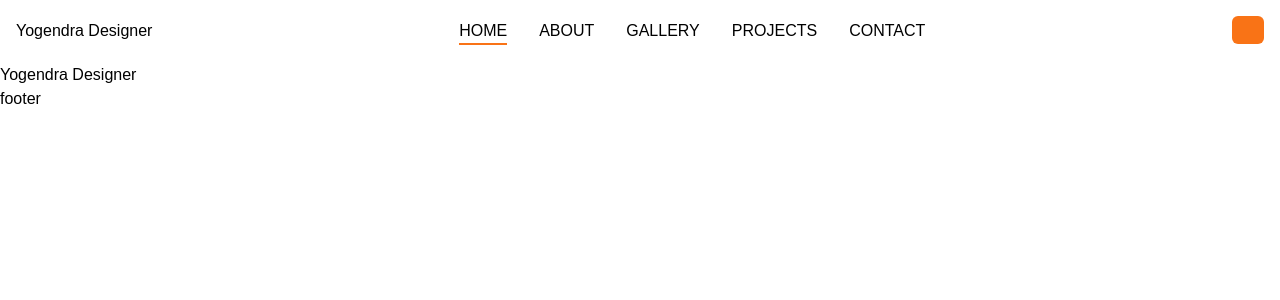
Repository: hitoutvrma/MB_designs-Interior-Designing-website
Page: /
These files come from the project's save history. The page is drawn as it stood at one moment and after the next save; the edit follows.
The browser window is 1280 px wide. The pictures show the whole page.
The project was rebuilt for these pictures with package versions that can differ from the ones it lists, and the page was loaded fresh each time. The framework's server and built-in components were replaced by stand-ins that run in the browser. Also part of the build but not shown: next.config.mjs.

Above is the page before, as saved 2024-09-13 12:36:09.

### app/layout.js
import localFont from "next/font/local";
import "./globals.css";
import Header from "@/components/ui/Header";
import Footer from "@/components/ui/Footer";
import { ThemeProvider } from "@/components/ThemeProvider";

const geistSans = localFont({
  src: "./fonts/GeistVF.woff",
  variable: "--font-geist-sans",
  weight: "100 900",
});
const geistMono = localFont({
  src: "./fonts/GeistMonoVF.woff",
  variable: "--font-geist-mono",
  weight: "100 900",
});

export const metadata = {
  title: "Create Next App",
  description: "Generated by create next app",
};

export default function RootLayout({ children }) {
  return (
    <html lang="en" suppressHydrationWarning>
      <body
        className={`${geistSans.variable} ${geistMono.variable} antialiased`}
      >
        <ThemeProvider attribute='class' defaultTheme='light'>

        <Header/>
        {children}
        <Footer/>
        </ThemeProvider>
      </body>
    </html>
  );
}

### app/page.js
import Image from "next/image";

export default function Home() {
  return (
    <main>
      Yogendra Designer
      </main>
  );
}

### app/globals.css
@tailwind base;
@tailwind components;
@tailwind utilities;


body {
  color: var(--foreground);
  background: var(--background);
  font-family: Arial, Helvetica, sans-serif;
}

@layer utilities {
  .text-balance {
    text-wrap: balance;
  }
}


@layer base {
  :root {
    --background: 0 0% 100%;
    --foreground: 20 14.3% 4.1%;
    --card: 0 0% 100%;
    --card-foreground: 20 14.3% 4.1%;
    --popover: 0 0% 100%;
    --popover-foreground: 20 14.3% 4.1%;
    --primary: 24.6 95% 53.1%;
    --primary-foreground: 60 9.1% 97.8%;
    --secondary: 60 4.8% 95.9%;
    --secondary-foreground: 24 9.8% 10%;
    --muted: 60 4.8% 95.9%;
    --muted-foreground: 25 5.3% 44.7%;
    --accent: 60 4.8% 95.9%;
    --accent-foreground: 24 9.8% 10%;
    --destructive: 0 84.2% 60.2%;
    --destructive-foreground: 60 9.1% 97.8%;
    --border: 20 5.9% 90%;
    --input: 20 5.9% 90%;
    --ring: 24.6 95% 53.1%;
    --radius: 0.5rem;
    --chart-1: 12 76% 61%;
    --chart-2: 173 58% 39%;
    --chart-3: 197 37% 24%;
    --chart-4: 43 74% 66%;
    --chart-5: 27 87% 67%;
  }

  .dark {
    --background: 20 14.3% 4.1%;
    --foreground: 60 9.1% 97.8%;
    --card: 20 14.3% 4.1%;
    --card-foreground: 60 9.1% 97.8%;
    --popover: 20 14.3% 4.1%;
    --popover-foreground: 60 9.1% 97.8%;
    --primary: 20.5 90.2% 48.2%;
    --primary-foreground: 60 9.1% 97.8%;
    --secondary: 12 6.5% 15.1%;
    --secondary-foreground: 60 9.1% 97.8%;
    --muted: 12 6.5% 15.1%;
    --muted-foreground: 24 5.4% 63.9%;
    --accent: 12 6.5% 15.1%;
    --accent-foreground: 60 9.1% 97.8%;
    --destructive: 0 72.2% 50.6%;
    --destructive-foreground: 60 9.1% 97.8%;
    --border: 12 6.5% 15.1%;
    --input: 12 6.5% 15.1%;
    --ring: 20.5 90.2% 48.2%;
    --chart-1: 220 70% 50%;
    --chart-2: 160 60% 45%;
    --chart-3: 30 80% 55%;
    --chart-4: 280 65% 60%;
    --chart-5: 340 75% 55%;
  }
}



@layer base {
  * {
    @apply border-border;
  }
  body {
    @apply bg-background text-foreground;
  }
}

### components/ui/Header.jsx
'use client';
import React from 'react'
 import ThemeToggler from '../ThemeToggler'
import MobileNavigation from './MobileNavigation';
import Nav from './Nav';
const Header = () => {
  return (
    <div className='flex justify-between p-4 items-center '>
      <div>Yogendra Designer</div>
      <Nav containerStyles='hidden xl:flex gap-8 items-center' linkStyles='relative hover:text-primary transition-all' underlineStyles ='absolute left-0 top-full h-[2px] bg-primary w-full'
      />
      <div className='flex gap-2 items-center'>

      <ThemeToggler/>
      <div className='xl:hidden'>

      <MobileNavigation/>
      </div>
      </div>
    </div>
  )
}

export default Header

### components/ThemeProvider.jsx
'use client';

import { ThemeProvider as NextThemesProvider } from "next-themes";

export function ThemeProvider({ children, ...props }) {
    return <NextThemesProvider {...props}>
        { children }
    </NextThemesProvider>
}

### components/ThemeToggler.jsx
import { Button } from "./ui/button";
import { useTheme } from "next-themes";
import { SunIcon, MoonIcon } from "@radix-ui/react-icons";

const ThemeToggler = () => {
    const { theme, setTheme } = useTheme();

  return (
    <div>
      <Button className='h-7 w-6' onClick={()=>setTheme(theme==='dark'?'light':'dark')}>
        <SunIcon className="h-[1.2rem] w-[1.2rem] scale-100 rotate-0 transition-all dark:rotate-90 dark:scale-0"/>
        <MoonIcon className="w-[1rem] absolute scale-0 rotate-90 transition-all dark:rotate-0 dark:scale-100"/>
      </Button>
    </div>
  )
}

export default ThemeToggler

### components/ui/MobileNavigation.jsx
import React from 'react'

import {Sheet, SheetContent, SheetTrigger} from '@/components/ui/sheet';
import Nav from './Nav';
import { AlignJustify } from 'lucide-react';

const MobileNavigation = () => {
  return (
    <Sheet>
        <SheetTrigger asChild>
            <AlignJustify className='cursor-pointer'/>
        </SheetTrigger>
        <SheetContent>
            <div className='p-3 flex flex-col items-center'>
                <div>
                    <div>Yogendra designer</div>
                    <Nav containerStyles='flex flex-col items-center gap-y-2' linkStyles='text-1xl '/>
                </div>
            </div>
        </SheetContent>
    </Sheet>
  )
}

export default MobileNavigation

### components/ui/Nav.jsx
//Hooks

import { usePathname } from "next/navigation";
import { motion } from "framer-motion";
import Link from "next/link";

const links = [
    {
        path:'/',name:'home'
    },
    {
        path:'/about',name:'about'
    },
    {
        path:'/gallery',name:'gallery'
    },
    {
        path:'/projects',name:'projects'
    },
    {
        path:'/contact',name:'contact'
    },
]
const Nav = ({ containerStyles, linkStyles, underlineStyles } ) => {

    const path = usePathname();
  return (
    <div className={`${containerStyles}`} >
        {
            links.map((link,index) =>{
                return(
                    <Link href={link.path}
                    key={index} className={`uppercase ${linkStyles}`}>
                        {link.path===path && (
                            <motion.span
                            initial={{y:'-100%'}}
                            animate={{y:0}}
                            transition={{ type:'tween'}}
                            layoutId="underline"
                            className={`${underlineStyles}`}
                            />
                        )}
                        {link.name}

                    </Link>
                )
            })
        }
      </div>
  )
}

export default Nav

### components/ui/button.jsx
import * as React from "react"
import { Slot } from "@radix-ui/react-slot"
import { cva } from "class-variance-authority";

import { cn } from "@/lib/utils"

const buttonVariants = cva(
  "inline-flex items-center justify-center whitespace-nowrap rounded-md text-sm font-medium ring-offset-background transition-colors focus-visible:outline-none focus-visible:ring-2 focus-visible:ring-ring focus-visible:ring-offset-2 disabled:pointer-events-none disabled:opacity-50",
  {
    variants: {
      variant: {
        default: "bg-primary text-primary-foreground hover:bg-primary/90",
        destructive:
          "bg-destructive text-destructive-foreground hover:bg-destructive/90",
        outline:
          "border border-input bg-background hover:bg-accent hover:text-accent-foreground",
        secondary:
          "bg-secondary text-secondary-foreground hover:bg-secondary/80",
        ghost: "hover:bg-accent hover:text-accent-foreground",
        link: "text-primary underline-offset-4 hover:underline",
      },
      size: {
        default: "h-10 px-4 py-2",
        sm: "h-9 rounded-md px-3",
        lg: "h-11 rounded-md px-8",
        icon: "h-10 w-10",
      },
    },
    defaultVariants: {
      variant: "default",
      size: "default",
    },
  }
)

const Button = React.forwardRef(({ className, variant, size, asChild = false, ...props }, ref) => {
  const Comp = asChild ? Slot : "button"
  return (
    (<Comp
      className={cn(buttonVariants({ variant, size, className }))}
      ref={ref}
      {...props} />)
  );
})
Button.displayName = "Button"

export { Button, buttonVariants }

### components/ui/sheet.jsx
"use client";
import * as React from "react"
import * as SheetPrimitive from "@radix-ui/react-dialog"
import { cva } from "class-variance-authority";
import { X } from "lucide-react"

import { cn } from "@/lib/utils"

const Sheet = SheetPrimitive.Root

const SheetTrigger = SheetPrimitive.Trigger

const SheetClose = SheetPrimitive.Close

const SheetPortal = SheetPrimitive.Portal

const SheetOverlay = React.forwardRef(({ className, ...props }, ref) => (
  <SheetPrimitive.Overlay
    className={cn(
      "fixed inset-0 z-50 bg-black/80  data-[state=open]:animate-in data-[state=closed]:animate-out data-[state=closed]:fade-out-0 data-[state=open]:fade-in-0",
      className
    )}
    {...props}
    ref={ref} />
))
SheetOverlay.displayName = SheetPrimitive.Overlay.displayName

const sheetVariants = cva(
  "fixed z-50 gap-4 bg-background p-6 shadow-lg transition ease-in-out data-[state=open]:animate-in data-[state=closed]:animate-out data-[state=closed]:duration-300 data-[state=open]:duration-500",
  {
    variants: {
      side: {
        top: "inset-x-0 top-0 border-b data-[state=closed]:slide-out-to-top data-[state=open]:slide-in-from-top",
        bottom:
          "inset-x-0 bottom-0 border-t data-[state=closed]:slide-out-to-bottom data-[state=open]:slide-in-from-bottom",
        left: "inset-y-0 left-0 h-full w-3/4 border-r data-[state=closed]:slide-out-to-left data-[state=open]:slide-in-from-left sm:max-w-sm",
        right:
          "inset-y-0 right-0 h-full w-3/4  border-l data-[state=closed]:slide-out-to-right data-[state=open]:slide-in-from-right sm:max-w-sm",
      },
    },
    defaultVariants: {
      side: "right",
    },
  }
)

const SheetContent = React.forwardRef(({ side = "right", className, children, ...props }, ref) => (
  <SheetPortal>
    <SheetOverlay />
    <SheetPrimitive.Content ref={ref} className={cn(sheetVariants({ side }), className)} {...props}>
      {children}
      <SheetPrimitive.Close
        className="absolute right-4 top-4 rounded-sm opacity-70 ring-offset-background transition-opacity hover:opacity-100 focus:outline-none focus:ring-2 focus:ring-ring focus:ring-offset-2 disabled:pointer-events-none data-[state=open]:bg-secondary">
        <X className="h-4 w-4" />
        <span className="sr-only">Close</span>
      </SheetPrimitive.Close>
    </SheetPrimitive.Content>
  </SheetPortal>
))
SheetContent.displayName = SheetPrimitive.Content.displayName

const SheetHeader = ({
  className,
  ...props
}) => (
  <div
    className={cn("flex flex-col space-y-2 text-center sm:text-left", className)}
    {...props} />
)
SheetHeader.displayName = "SheetHeader"

const SheetFooter = ({
  className,
  ...props
}) => (
  <div
    className={cn("flex flex-col-reverse sm:flex-row sm:justify-end sm:space-x-2", className)}
    {...props} />
)
SheetFooter.displayName = "SheetFooter"

const SheetTitle = React.forwardRef(({ className, ...props }, ref) => (
  <SheetPrimitive.Title
    ref={ref}
    className={cn("text-lg font-semibold text-foreground", className)}
    {...props} />
))
SheetTitle.displayName = SheetPrimitive.Title.displayName

const SheetDescription = React.forwardRef(({ className, ...props }, ref) => (
  <SheetPrimitive.Description
    ref={ref}
    className={cn("text-sm text-muted-foreground", className)}
    {...props} />
))
SheetDescription.displayName = SheetPrimitive.Description.displayName

export {
  Sheet,
  SheetPortal,
  SheetOverlay,
  SheetTrigger,
  SheetClose,
  SheetContent,
  SheetHeader,
  SheetFooter,
  SheetTitle,
  SheetDescription,
}

Loaded but not shown: components/ui/Footer.jsx (common file); lib/utils.js (common file); tailwind.config.js (common file)

After the next save:
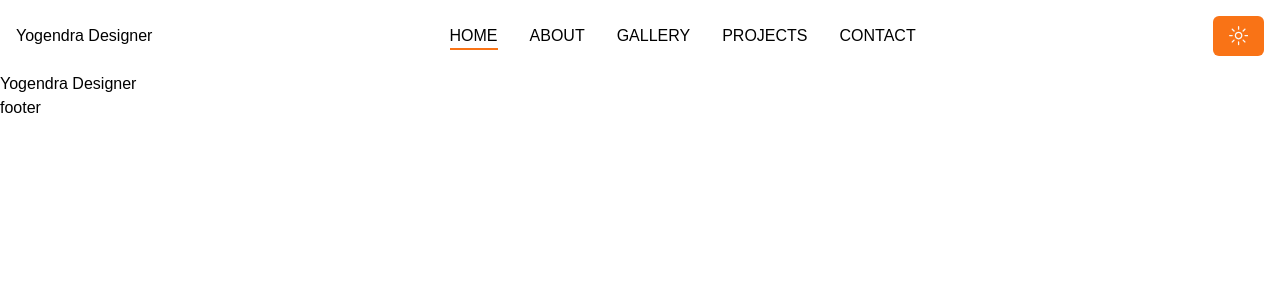
Saved 8 s later.
--- a/components/ThemeToggler.jsx
+++ b/components/ThemeToggler.jsx
@@ -7,7 +7,7 @@ const ThemeToggler = () => {
 
   return (
     <div>
-      <Button className='h-7 w-6' onClick={()=>setTheme(theme==='dark'?'light':'dark')}>
+      <Button  onClick={()=>setTheme(theme==='dark'?'light':'dark')}>
         <SunIcon className="h-[1.2rem] w-[1.2rem] scale-100 rotate-0 transition-all dark:rotate-90 dark:scale-0"/>
         <MoonIcon className="w-[1rem] absolute scale-0 rotate-90 transition-all dark:rotate-0 dark:scale-100"/>
       </Button>
